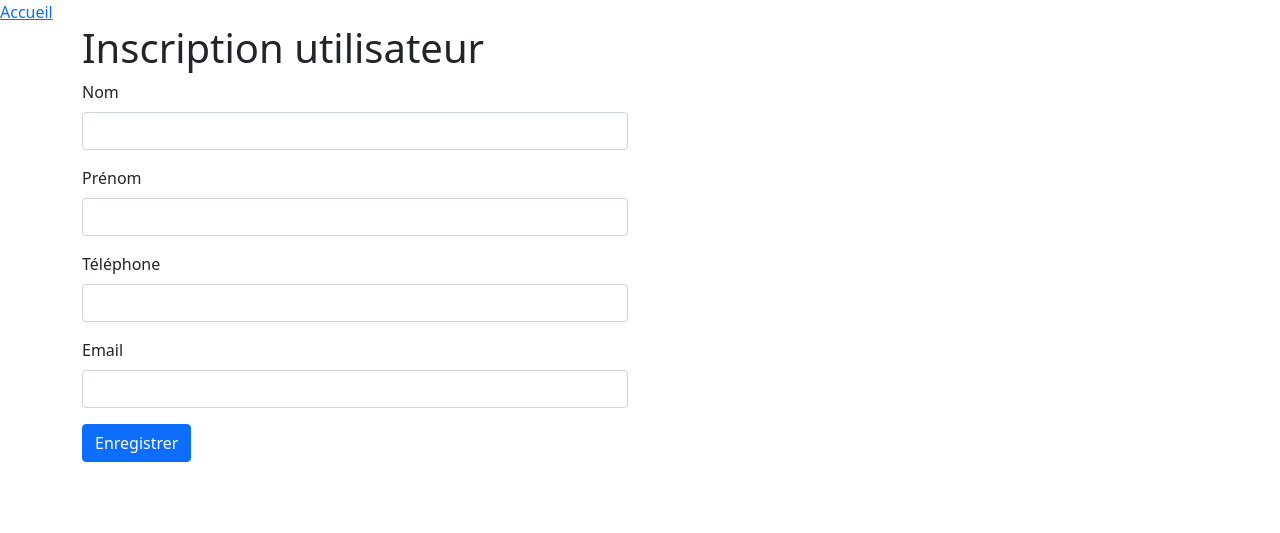
Repository: arione15/Ud-Mast_PHP_POO_espace_membre
Page: http://localhost/inscription.php
An editor plug-in stored every save of this project. The page is shown before and after the next save, followed by the edit.
The browser window is 1280 px wide. The pictures show the whole page.
The page is run by PHP 8.4 with error messages shown; the project is at /var/www/html/.

Above is the page before, as saved 2021-07-31 12:17:01.

After the next save:
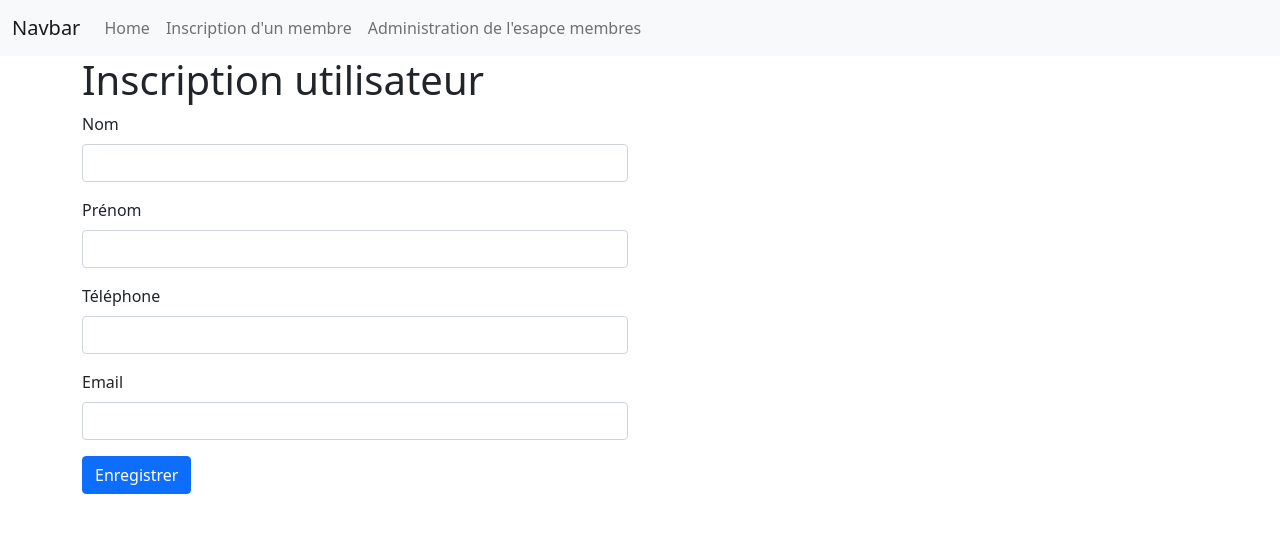
Saved 28 s later.
--- a/inscription.php
+++ b/inscription.php
@@ -36,8 +36,29 @@ if (isset($_POST['nom'])) {
 </head>
 
 <body>
-<a href="index.php">Accueil</a>
+<nav class="navbar navbar-expand-lg navbar-light bg-light">
+        <div class="container-fluid">
+            <a class="navbar-brand" href="#">Navbar</a>
+            <button class="navbar-toggler" type="button" data-bs-toggle="collapse" data-bs-target="#navbarSupportedContent" aria-controls="navbarSupportedContent" aria-expanded="false" aria-label="Toggle navigation">
+                <span class="navbar-toggler-icon"></span>
+            </button>
+            <div class="collapse navbar-collapse" id="navbarSupportedContent">
+                <ul class="navbar-nav me-auto mb-2 mb-lg-0">
+                    <li class="nav-item">
+                        <a class="nav-link" aria-current="page" href="#">Home</a>
+                    </li>
+                    <li class="nav-item">
+                        <a class="nav-link" href="inscription.php">Inscription d'un membre</a>
+                    </li>
+                    <li class="nav-item">
+                        <a class="nav-link" href="administration.php">Administration de l'esapce membres</a>
+                    </li>
 
+                </ul>
+
+            </div>
+        </div>
+    </nav>
 
     <div class="container">
         <h1>Inscription utilisateur</h1>
